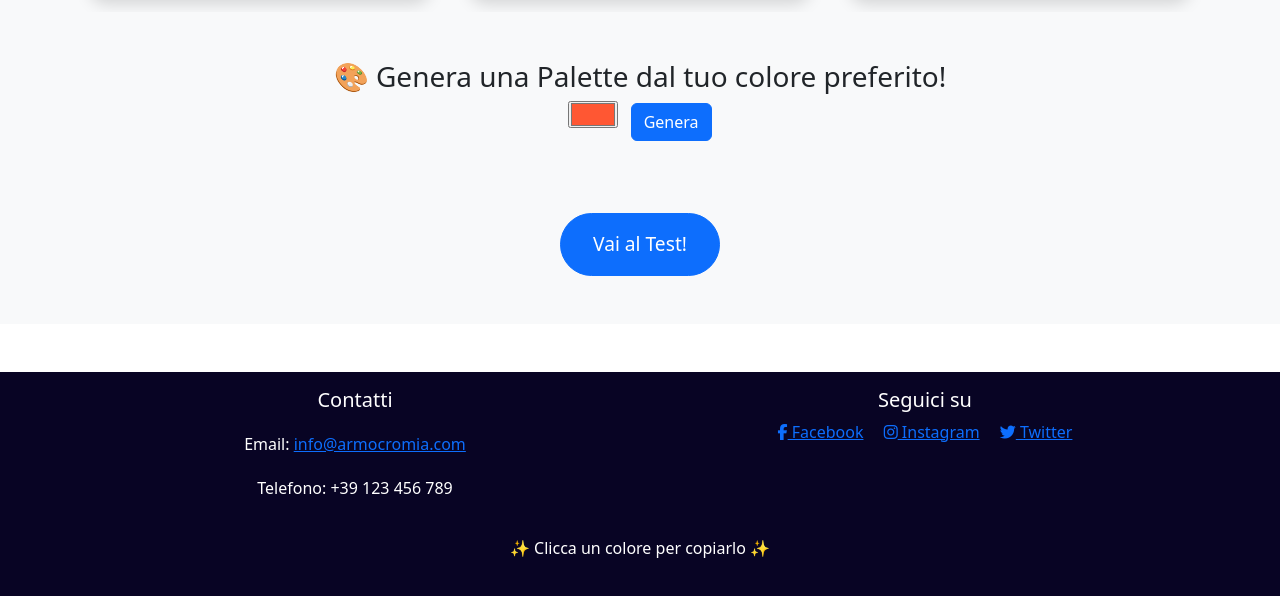
Repository: Probyte5D/Armocromia-website
Page: index.html
These files come from the project's save history. The page is drawn as it stood at one moment and after the next save; the edit follows.
The browser window is 1280 px wide. The pictures show the part of the page from y = 2577 to 3173 px (the page is 3173 px tall).
A picture or video elsewhere on the page could not be fetched, so the positions and the page height are approximate. Backgrounds fixed to the window are drawn as part of the page. Some web libraries are served in a nearby version.

Above is the page before, as saved 2025-04-18 21:59:35.

### index.html
<!DOCTYPE html>
<html lang="it">
<head>
  <meta charset="UTF-8" />
  <meta name="viewport" content="width=device-width, initial-scale=1.0" />
  <title>Armocromia - Scopri la tua stagione</title>

  <!-- CSS personalizzato -->
  <link rel="stylesheet" href="style.css" />
   <!-- Aggiungi il link a Font Awesome -->
   <link href="https://cdnjs.cloudflare.com/ajax/libs/font-awesome/6.0.0-beta3/css/all.min.css" rel="stylesheet">
  <link href="https://fonts.googleapis.com/css2?family=Outfit:wght@300;500;700&display=swap" rel="stylesheet">

  <!-- Bootstrap CSS -->
<!-- Bootstrap CSS -->
<link href="https://cdn.jsdelivr.net/npm/bootstrap@5.3.0-alpha1/dist/css/bootstrap.min.css" rel="stylesheet">



</head>

<body>

  <!-- NAVBAR -->
  <nav class="navbar navbar-expand-lg navbar-dark fixed-top" style="background-color: rgba(0, 0, 0, 0.5);">
    <div class="container-fluid">
      <a class="navbar-brand" href="#">
        <img src="images/logo.png" alt="Logo Armocromia" style="height: 40px;">
      </a>
      <button class="navbar-toggler" type="button" data-bs-toggle="collapse" data-bs-target="#navbarNav" aria-controls="navbarNav" aria-expanded="false" aria-label="Toggle navigation">
        <span class="navbar-toggler-icon"></span>
      </button>

      <div class="collapse navbar-collapse" id="navbarNav">
        <ul class="navbar-nav ms-auto">
          <li class="nav-item"><a class="nav-link" href="#">Home</a></li>
          <li class="nav-item"><a class="nav-link" href="#">About</a></li>
          <li class="nav-item"><a class="nav-link" href="test.html">Test Armocromia</a></li>
          <li class="nav-item"><a class="nav-link" href="#">Contact</a></li>
        </ul>
      </div>
    </div>
  </nav>

  <!-- HEADER -->
  <header>
    <h1>  <img src="images/logo.png" alt="Logo Armocromia" style="height: 10rem;"> Armocromia</h1>
    <p>Scopri le palette perfette per la tua stagione.</p>
    <button class="btn btn-outline-light mt-3" data-bs-toggle="modal" data-bs-target="#introModal">Cos'è l'Armocromia?</button>
    <div class="scroll-down">↓</div>
  </header>

  <!-- MODAL -->
  <div class="modal fade" id="introModal" tabindex="-1" aria-labelledby="introModalLabel" aria-hidden="true">
    <div class="modal-dialog">
      <div class="modal-content rounded-4 shadow">
        <div class="modal-header">
          <h5 class="modal-title">Benvenuto nel mondo dell’armocromia ✨</h5>
          <button type="button" class="btn-close" data-bs-dismiss="modal"></button>
        </div>
        <div class="modal-body">
          L'armocromia è lo studio dei colori più adatti a te in base a incarnato, occhi e capelli.
        </div>
        <div class="modal-footer">
          <button type="button" class="btn btn-primary" data-bs-dismiss="modal">Inizia!</button>
        </div>
      </div>
    </div>
  </div>

  <!-- MAIN -->
  <main>
    <section class="carousel-container">
      <div id="carouselExample" class="carousel slide" data-bs-ride="carousel">
        <div class="carousel-inner">
          <!-- Card Primavera -->
         <!-- Card Primavera -->
<!-- Card Primavera -->
<div class="carousel-item active">
  <div class="card primavera">
    <h3>🌸 Primavera <i class="fas fa-dove"></i></h3> <!-- Aggiunta dell'icona dell'uccello -->
    <img src="https://images.unsplash.com/photo-1518943701174-17e4aff936d4?w=500&auto=format&fit=crop&q=60&ixlib=rb-4.0.3&ixid=M3wxMjA3fDB8MHxzZWFyY2h8MTV8fHByaW1hdmVyYXxlbnwwfHwwfHx8MA%3D%3D" alt="Primavera" class="season-img">
    <p>Toni caldi, chiari e brillanti. Perfetti per chi ha pelle dorata e occhi chiari.</p>
    <div class="palette">
      <div class="color" style="background-color: #FFD1DC;" title="Colore 1: Rosa Chiaro"></div>
      <div class="color" style="background-color: #FFFACD;" title="Colore 2: Giallo Pallido"></div>
      <div class="color" style="background-color: #E0BBE4;" title="Colore 3: Lavanda"></div>
      <div class="color" style="background-color: #FFB347;" title="Colore 4: Arancione"></div>
      <div class="color" style="background-color: #B5EAD7;" title="Colore 5: Verde Menta"></div>
      <a href="test.html" class="btn btn-outline-primary mt-3">Scopri di più</a>
    </div>
  </div>
</div>

<!-- Card Estate -->
<div class="carousel-item">
  <div class="card estate">
    <h3>☀️ Estate <i class="fas fa-sun"></i></h3> <!-- Aggiunta dell'icona occhiali da sole -->
    <img src="https://images.unsplash.com/photo-1517384084767-6bc118943770?w=500&auto=format&fit=crop&q=60&ixlib=rb-4.0.3&ixid=M3wxMjA3fDB8MHxzZWFyY2h8MTB8fGVzdGF0ZXxlbnwwfHwwfHx8MA%3D%3D" alt="Estate" class="season-img">
    <p>Toni freddi e soft, ideali per carnagioni rosate e occhi chiari.</p>
    <div class="palette">
      <div class="color" style="background-color: #BFD7EA;"></div>
      <div class="color" style="background-color: #D6E2E9;"></div>
      <div class="color" style="background-color: #A2D2FF;"></div>
      <div class="color" style="background-color: #CDB4DB;"></div>
      <div class="color" style="background-color: #E2F0CB;"></div>
      <a href="test.html" class="btn btn-outline-primary mt-3">Scopri di più</a>
    </div>
  </div>
</div>

<!-- Card Autunno -->
<div class="carousel-item">
  <div class="card autunno">
    <h3>🍁 Autunno <i class="fas fa-leaf"></i></h3> <!-- Aggiunta dell'icona foglia -->
    <img src="https://images.unsplash.com/photo-1516700675895-b2e35cae333c?w=500&auto=format&fit=crop&q=60&ixlib=rb-4.0.3&ixid=M3wxMjA3fDB8MHxzZWFyY2h8OXx8YXV0dW5ub3xlbnwwfHwwfHx8Mg%3D%3D" alt="Autunno" class="season-img">
    <p>Toni caldi, intensi e terrosi. Per incarnati dorati e occhi scuri o verdi.</p>
    <div class="palette">
      <div class="color" style="background-color: #D2691E;"></div>
      <div class="color" style="background-color: #C3B091;"></div>
      <div class="color" style="background-color: #A0522D;"></div>
      <div class="color" style="background-color: #F4A460;"></div>
      <div class="color" style="background-color: #B22222;"></div>
      <a href="test.html" class="btn btn-outline-primary mt-3">Scopri di più</a>
    </div>
  </div>
</div>

<!-- Card Inverno -->
<div class="carousel-item">
  <div class="card inverno">
    <h3>❄️ Inverno <i class="fas fa-snowflake"></i></h3> <!-- Aggiunta dell'icona fiocco di neve -->
    <img src="https://images.unsplash.com/photo-1612646785979-e1a8362ffa66?w=500&auto=format&fit=crop&q=60&ixlib=rb-4.0.3&ixid=M3wxMjA3fDB8MHxzZWFyY2h8MjZ8fGludmVybm8lMjBuZXZlfGVufDB8fDB8fHwy" alt="Inverno" class="season-img">
    <p>Toni freddi e contrastati, perfetti per pelli olivastre e capelli scuri.</p>
    <div class="palette">
      <div class="color" style="background-color: #000000;"></div>
      <div class="color" style="background-color: #4169E1;"></div>
      <div class="color" style="background-color: #8A2BE2;"></div>
      <div class="color" style="background-color: #FF1493;"></div>
      <div class="color" style="background-color: #00CED1;"></div>
      <a href="test.html" class="btn btn-outline-primary mt-3">Scopri di più</a>
    </div>
  </div>
</div>


        <!-- Controlli carousel -->
        <button class="carousel-control-prev" type="button" data-bs-target="#carouselExample" data-bs-slide="prev">
          <span class="carousel-control-prev-icon"></span>
        </button>
        <button class="carousel-control-next" type="button" data-bs-target="#carouselExample" data-bs-slide="next">
          <span class="carousel-control-next-icon"></span>
        </button>
      </div>
    </section>


    <section id="shop" class="py-5 bg-light">
      <div class="container">
        <h2 class="text-center mb-5">🛍️ Il nostro Shop</h2>
        <div class="row row-cols-1 row-cols-sm-2 row-cols-md-3 row-cols-lg-4 g-4"> <!-- Questo fa sì che le card si adattino meglio -->

          <!-- Card prodotto 1 -->
          <div class="col">
            <div class="card border-0 shadow rounded-4 h-100">
              <div class="img-hover-wrap">
                <img src="https://images.unsplash.com/photo-1571646034647-52e6ea84b28c?w=500&auto=format&fit=crop&q=60&ixlib=rb-4.0.3&ixid=M3wxMjA3fDB8MHxzZWFyY2h8OXx8cm9zc2V0dG98ZW58MHx8MHx8fDI%3D" class="card-img-top main-img rounded-top-4 img-fluid" alt="Prodotto">
                <img src="https://images.unsplash.com/photo-1631214499500-2e34edcaccfe?w=500&auto=format&fit=crop&q=60&ixlib=rb-4.0.3&ixid=M3wxMjA3fDB8MHxzZWFyY2h8M3x8cm9zc2V0dG98ZW58MHx8MHx8fDI%3D" class="card-img-top hover-img rounded-top-4 img-fluid" alt="Prodotto Hover">
              </div>
              <div class="card-body text-center">
                <h5 class="card-title fw-bold">Palette Personalizzata</h5>
                <p class="card-text text-muted small">I tuoi colori ideali sempre con te, in formato digitale.</p>
                <p class="text-primary fw-semibold">€29.00</p>
                <a href="#" class="btn btn-outline-dark rounded-pill px-4">Scopri</a>
              </div>
            </div>
          </div>

          <!-- Card prodotto 2 -->
          <div class="col">
            <div class="card border-0 shadow rounded-4 h-100">
              <img src="https://images.unsplash.com/photo-1581079289103-0544b7dfad66?w=500&auto=format&fit=crop&q=60&ixlib=rb-4.0.3&ixid=M3wxMjA3fDB8MHxzZWFyY2h8MzV8fGFybW9jcm9taWF8ZW58MHx8MHx8fDI%3D" class="card-img-top rounded-top-4 img-fluid" alt="Analisi armocromatica">
              <div class="card-body text-center">
                <h5 class="card-title fw-bold">Analisi Armocromatica</h5>
                <p class="card-text text-muted small">Consulenza online con la nostra esperta armocromista.</p>
                <p class="text-primary fw-semibold">€59.00</p>
                <a href="#" class="btn btn-outline-dark rounded-pill px-4">Prenota</a>
              </div>
            </div>
          </div>


<!-- Card prodotto 3
<div class="col">
  <div class="card border-0 shadow rounded-4 h-100">
    <img src="https://images.unsplash.com/photo-1517472292914-9570a594783b?w=500&auto=format&fit=crop&q=60&ixlib=rb-4.0.3&ixid=M3wxMjA3fDB8MHxzZWFyY2h8NzN8fG1vZGElMjBwYWxldHRlfGVufDB8fDB8fHwy" class="card-img-top rounded-top-4 img-fluid" alt="Consulenza look" aria-hidden="false">
    <div class="card-body text-center">
      <h5 class="card-title fw-bold">Consulenza Look</h5>
      <p class="card-text text-muted small">Aiuto nella scelta di abiti, make-up e accessori perfetti per te.</p>
      <p class="text-primary fw-semibold">€45.00</p>
      <button class="btn btn-outline-dark rounded-pill px-4 apri-album" data-bs-toggle="modal" data-bs-target="#albumModal" aria-label="Guarda album della consulenza look">Guarda Album</button>
    </div>
  </div>
</div>


<div class="modal fade" id="albumModal" tabindex="-1" aria-labelledby="albumModalLabel" aria-hidden="true">
  <div class="modal-dialog modal-lg modal-dialog-centered">
    <div class="modal-content">
      <div class="modal-header">
        <h5 class="modal-title" id="albumModalLabel">Album Consulenza Look</h5>
        <button type="button" class="btn-close" data-bs-dismiss="modal" aria-label="Chiudi album"></button>
      </div>
      <div class="modal-body">
        <div id="lookAlbum" class="row g-3">

        </div>
      </div>
    </div>
  </div>
</div>



  <div class="modal fade" id="albumModal" tabindex="-1" aria-labelledby="albumModalLabel" aria-hidden="true">
    <div class="modal-dialog modal-lg modal-dialog-centered">
      <div class="modal-content">
        <div class="modal-header">
          <h5 class="modal-title" id="albumModalLabel">Album Consulenza Look</h5>
          <button type="button" class="btn-close" data-bs-dismiss="modal"></button>
        </div>
        <div class="modal-body">
          <div id="lookAlbum" class="row g-3"></div>
        </div>
      </div>
    </div>
  </div> </section> -->
  <!-- Card prodotto 3 -->
<div class="col">
  <div class="card border-0 shadow rounded-4 h-100">
    <img src="https://images.unsplash.com/photo-1517472292914-9570a594783b?w=500&auto=format&fit=crop&q=60&ixlib=rb-4.0.3&ixid=M3wxMjA3fDB8MHxzZWFyY2h8NzN8fG1vZGElMjBwYWxldHRlfGVufDB8fDB8fHwy" class="card-img-top rounded-top-4 img-fluid" alt="Consulenza look" aria-hidden="false">
    <div class="card-body text-center">
      <h5 class="card-title fw-bold">Consulenza Look</h5>
      <p class="card-text text-muted small">Aiuto nella scelta di abiti, make-up e accessori perfetti per te.</p>
      <p class="text-primary fw-semibold">€45.00</p>
      <!-- Modifica il bottone per fare un link verso album.html -->
      <a href="album.html" class="btn btn-outline-dark rounded-pill px-4" aria-label="Guarda album della consulenza look">Guarda Album</a>
    </div>
  </div>
</div>
</div>
</div>




    <section class="text-center my-5">
      <h3>🎨 Genera una Palette dal tuo colore preferito!</h3>
      <input type="color" id="colorPicker" value="#FF5733" />
      <button onclick="generaPalette()" class="btn btn-primary ms-2">Genera</button>

      <div id="paletteResult" class="d-flex justify-content-center mt-4 gap-3"></div>
    </section>


    <!-- Link test -->
    <section class="test-link text-center mt-5">
      <a href="test.html"><button id="vai-al-test" class="btn btn-primary">Vai al Test!</button></a>
    </section>
  </main>


<!-- Footer -->
<footer class="text-center mt-5 p-3">
  <div class="container">
    <div class="row">
      <!-- Sezione contatti -->
      <div class="col-md-6">
        <h5>Contatti</h5>
        <p>Email: <a href="mailto:info@armocromia.com">info@armocromia.com</a></p>
        <p>Telefono: +39 123 456 789</p>
      </div>
      <!-- Sezione Social Media -->
      <div class="col-md-6">
        <h5>Seguici su</h5>
        <a href="https://www.facebook.com" target="_blank" class="me-3"><i class="fab fa-facebook-f"></i> Facebook</a>
        <a href="https://www.instagram.com" target="_blank" class="me-3"><i class="fab fa-instagram"></i> Instagram</a>
        <a href="https://www.twitter.com" target="_blank"><i class="fab fa-twitter"></i> Twitter</a>
      </div>
    </div>
    <p class="mt-3">✨ Clicca un colore per copiarlo ✨</p>
  </div>
</footer>


<!-- Aggiungi lo script per Font Awesome -->
<script src="https://kit.fontawesome.com/a076d05399.js" crossorigin="anonymous"></script>
</body>
</html>

Loaded but not shown: style.css (1119 lines, source omitted)

After the next save:
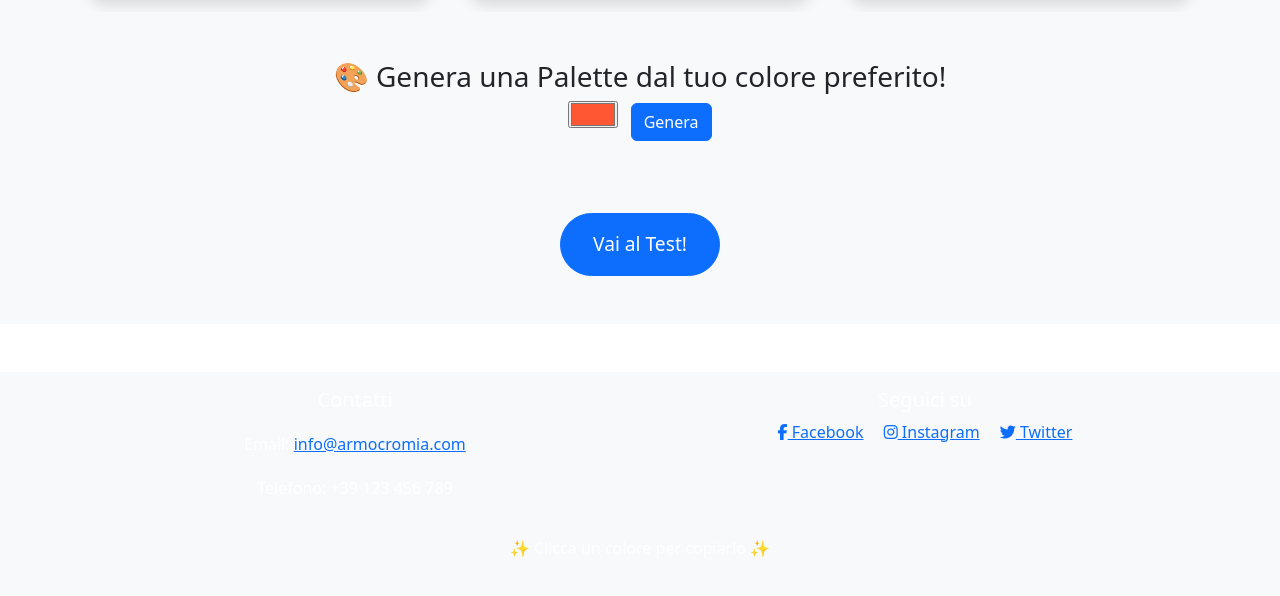
Saved 20 s later.
--- a/index.html
+++ b/index.html
@@ -270,8 +270,8 @@
   </main>
 
 
-<!-- Footer -->
-<footer class="text-center mt-5 p-3">
+  <!-- Footer -->
+<footer class="text-center mt-5 p-3 bg-light">
   <div class="container">
     <div class="row">
       <!-- Sezione contatti -->
@@ -292,7 +292,6 @@
   </div>
 </footer>
 
-
 <!-- Aggiungi lo script per Font Awesome -->
 <script src="https://kit.fontawesome.com/a076d05399.js" crossorigin="anonymous"></script>
 </body>
